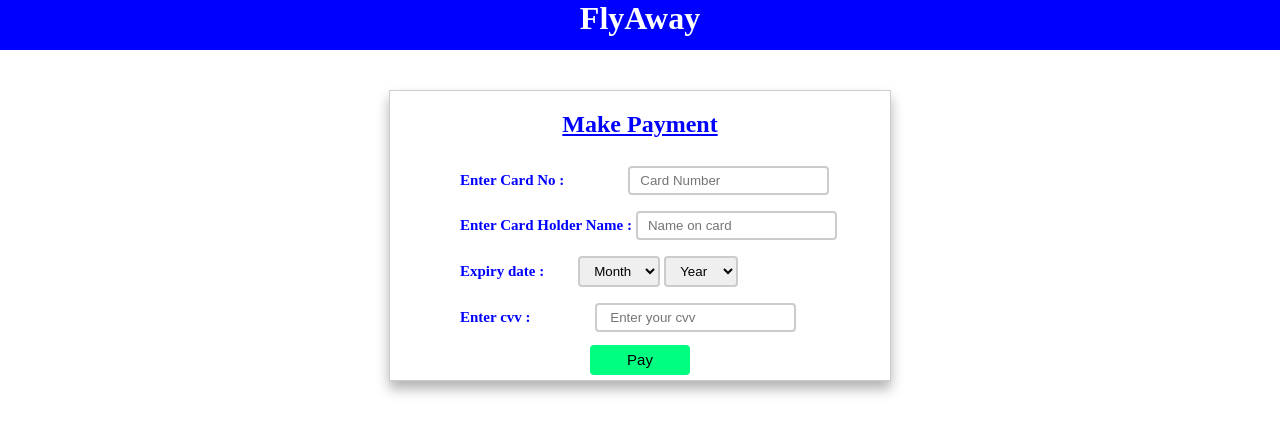
Repository: KartikMuchakandimath/Flyaway
Page: http://localhost/FlayAway/Payment.jsp
These files come from the project's save history. The page is drawn as it stood at one moment and after the next save; the edit follows.
The browser window is 1280 px wide. The pictures show the whole page.
The page is served by Tomcat 9. Other server files are loaded and not shown.

Above is the page before, as saved 2022-04-22 19:56:49.

### FlayAway/src/main/webapp/Payment.jsp
<%@ page language="java" contentType="text/html; charset=ISO-8859-1"
    pageEncoding="ISO-8859-1"%>
<!DOCTYPE html>
<html>
<head>
<meta charset="ISO-8859-1">
<title>Payment</title>
<style>
body{
margin : 0;
padding : 0;
}
.head{
background-color : #0000FF;
color : #fff;
height : 50px;
}
h1{
	margin: auto;
	font-family : "Times New Roman", Times, serif;
	text-align : center;
}
.pay-box{
	margin :auto;
	margin-top : 40px;
	color: #0000FF;
	width : 500px;
	border : 1px solid #ccc;
	box-shadow : 0 8px 12px 0px rgba(0,0,0,0.3);
	positive : absolute;
}
label{
	font-weight : bold;
	padding-left: 70px ;
	font-size: 15px;

}
input{
	padding: 5px 10px;
  	margin: 8px 0;
  	display: inline-block;
  	border: 2px solid #ccc;
  	border-radius: 4px;
  	box-sizing: border-box;

}
select{
	padding: 5px 10px;
  	margin: 8px 0;
  	display: inline-block;
  	border: 2px solid #ccc;
  	border-radius: 4px;
  	box-sizing: border-box;
}
button{
  	border-radius: 4px;
	border:none;
	height: 30px;
	width : 100px;
	display : inline-block;
	font-size : 15px;
	font-width : bold;
	background-color: rgb(0, 255, 128);
	margin : 5px;
}
</style>
</head>
<body>
<div class="head">
	<h1>FlyAway</h1>
</div>
	<%
	Object flight=session.getAttribute("flightno");
	%>
	<div class="pay-box">
	<div>
	<h2><center><u>Make Payment</u></center></h2>
	</div>
		<form action="BookingDetails.jsp" method="post">
			<label style="padding-right: 60px;">Enter Card No :</label>
			<input type="text" name="cardno"  placeholder="Card Number"><br/>
			<label>Enter Card Holder Name :</label>
			<input type="text" name="nameoncard" placeholder="Name on card" ><br/>
			<label style="padding-right: 30px;">Expiry date :</label>
			<span><select name=month>Month
			  <option >Month</option>
			  <% for(int i=1;i<=12;i++){ %>
			  <option value="<% out.println(i); %>"><% out.println(i); %></option>
			  <%} %>
			  </select>
			  <select name=year>Year
			  <option >Year</option>
			  <% for(int i=2020;i<=2030;i++){ %>
			  <option value="<% out.println(i); %>"><% out.println(i); %></option>
			  <%} %>
			  </select></span><br>

			 <label style="padding-right: 60px;"> Enter cvv :</label>
			  <input type="password" name="cvv" placeholder=" Enter your cvv" maxlength="3" >
			  <br>

			  <center><button type="submit" name="submit">Pay</button></center>

		</form>
	</div>
</body>
</html>

After the next save:
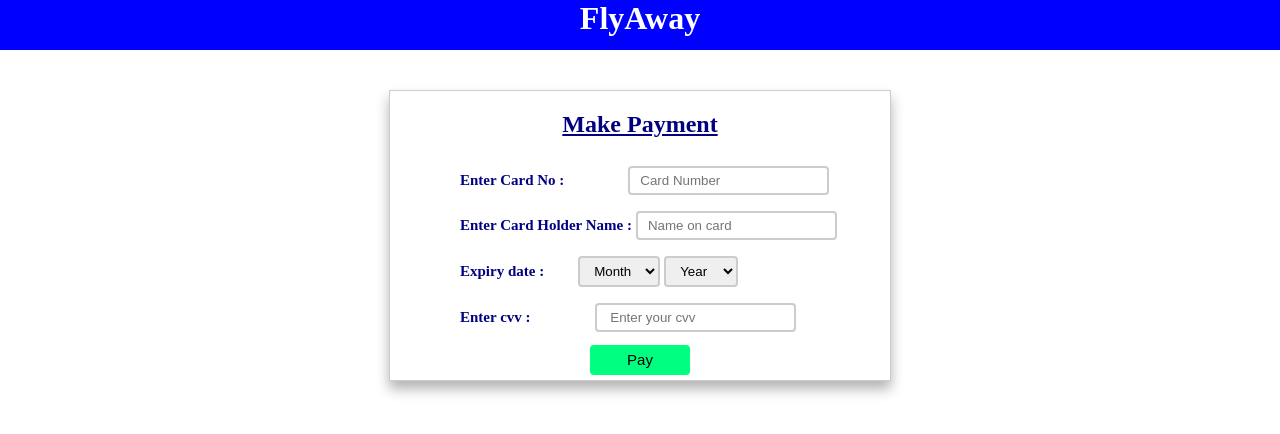
Saved 18 s later.
--- a/FlayAway/src/main/webapp/Payment.jsp
+++ b/FlayAway/src/main/webapp/Payment.jsp
@@ -23,7 +23,7 @@ h1{
 .pay-box{
 	margin :auto;
 	margin-top : 40px;
-	color: #0000FF;
+	color: #000080;
 	width : 500px;
 	border : 1px solid #ccc;
 	box-shadow : 0 8px 12px 0px rgba(0,0,0,0.3);
